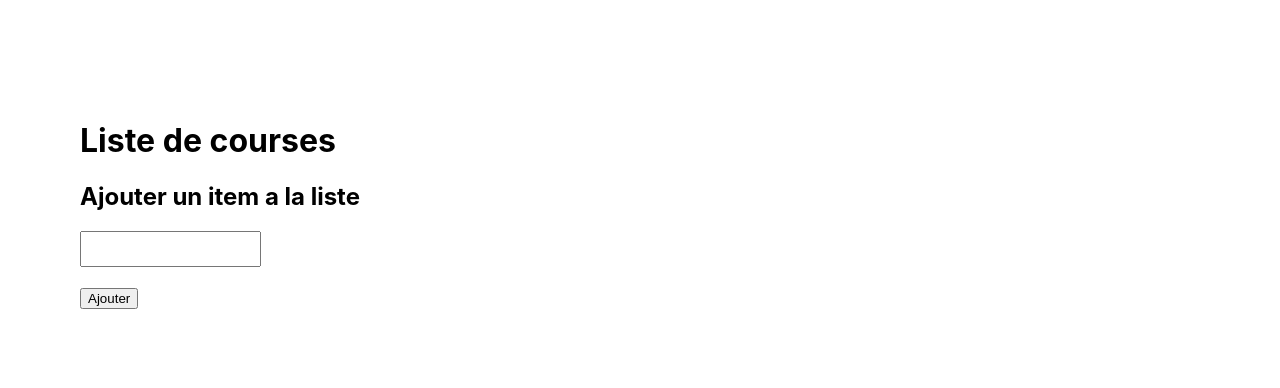
Repository: Retroscilo/partiel-js
Page: /
The author's editor kept a copy of each file at every save. The page is drawn from the files as they stood at one save, then again after a run of saves.
The browser window is 1280 px wide. The pictures show the whole page.
The project was rebuilt for these pictures with package versions that can differ from the ones it lists, and the page was loaded fresh each time. Also part of the build but not shown: src/Item.jsx.

Above is the page before, as saved 2022-02-23 09:36:30.

### src/App.jsx
import "./App.css";
import React, { useState } from "react";
import Item from "./Item";

function App() {
  const [inputValue, setInputValue] = useState();
  const [items, setItems] = useState([]);

  const addItem = (e) => {
    e.preventDefault();
    const newItems = [...items, inputValue];
    setItems(newItems)
    setInputValue("")
    document.querySelector('textarea').value = ""
  };
  return (
    <div className="App">
      <h1>Liste de courses</h1>
      {items.map((item, i) => (
        <Item key={i} item={item} />
      ))}
      <div>
        <h2>Ajouter un item a la liste</h2>
        <textarea onChange={e => setInputValue(e.target.value)} style={{display: 'block', marginBottom: "20px", resize: "none"}} />
        <button onClick={addItem}>Ajouter</button>
      </div>
    </div>
  );
}

export default App;

### src/App.css
.App {
  max-width: 1120px;
  margin: auto;
  padding: 100px 75px;
}

.App-logo {
  height: 40vmin;
  pointer-events: none;
}

@media (prefers-reduced-motion: no-preference) {
  .App-logo {
    animation: App-logo-spin infinite 20s linear;
  }
}

.App-header {
  background-color: #282c34;
  min-height: 100vh;
  display: flex;
  flex-direction: column;
  align-items: center;
  justify-content: center;
  font-size: calc(10px + 2vmin);
  color: white;
}

.App-link {
  color: #61dafb;
}

@keyframes App-logo-spin {
  from {
    transform: rotate(0deg);
  }
  to {
    transform: rotate(360deg);
  }
}

Loaded but not shown: public/index.html (common file); src/index.js (common file); src/index.css (common file)

After the next 2 saves:
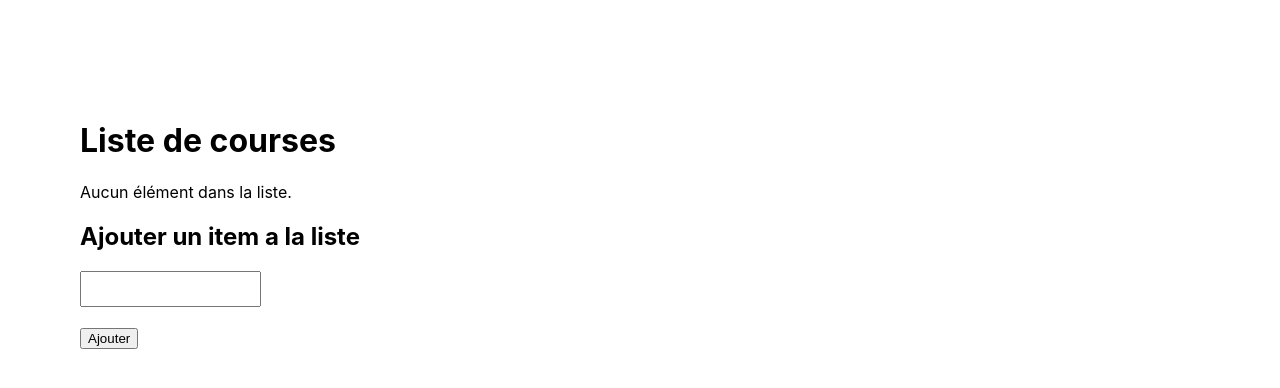
The 2 saves are shown as one change because 1 did not build or start.
The last was saved 56 s later.
--- a/src/App.jsx
+++ b/src/App.jsx
@@ -16,9 +16,11 @@ function App() {
   return (
     <div className="App">
       <h1>Liste de courses</h1>
-      {items.map((item, i) => (
+      {items.length > 0 ? items.map((item, i) => (
         <Item key={i} item={item} />
-      ))}
+      )):
+        <p>Aucun élément dans la liste.</p>
+      }
       <div>
         <h2>Ajouter un item a la liste</h2>
         <textarea onChange={e => setInputValue(e.target.value)} style={{display: 'block', marginBottom: "20px", resize: "none"}} />
